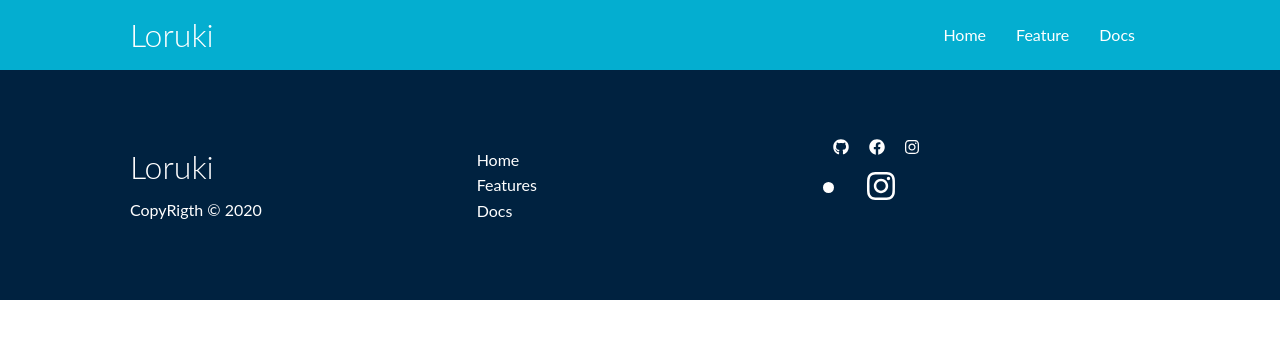
Repository: MosiurRrahman/loruki-app-reactjs
Page: /
The author's editor kept a copy of each file at every save. The page is drawn from the files as they stood at one save, then again after the next save.
The browser window is 1280 px wide. The pictures show the whole page.
The project was rebuilt for these pictures with package versions that can differ from the ones it lists, and the page was loaded fresh each time.

Above is the page before, as saved 2021-10-05 12:23:04.

After the next save:
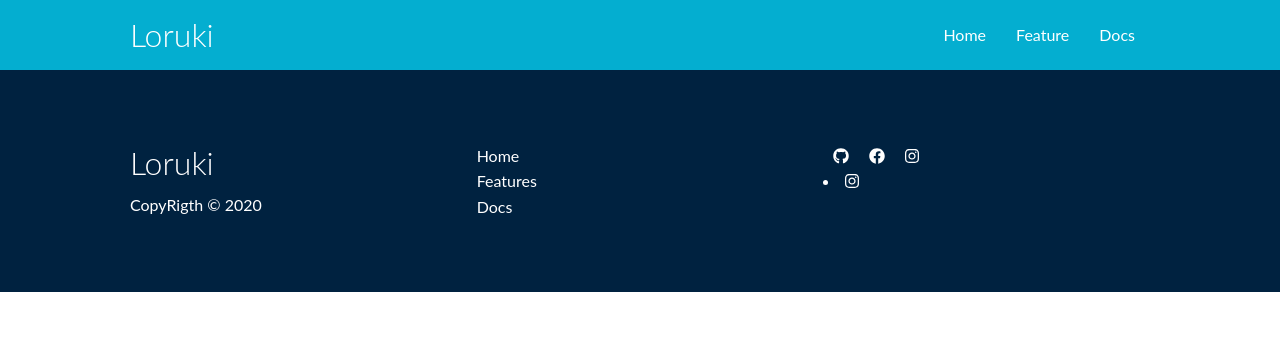
Saved 43 s later.
--- a/src/components/common/Footer.jsx
+++ b/src/components/common/Footer.jsx
@@ -40,7 +40,7 @@
                 <FontAwesomeIcon icon={faInstagram} />
               </a>
               <a href="#">
-                <li className="fab fa-linkedin fa-2x">
+                <li>
                   <FontAwesomeIcon icon={faInstagram} />
                 </li>
               </a>

After the 2 saves that followed:
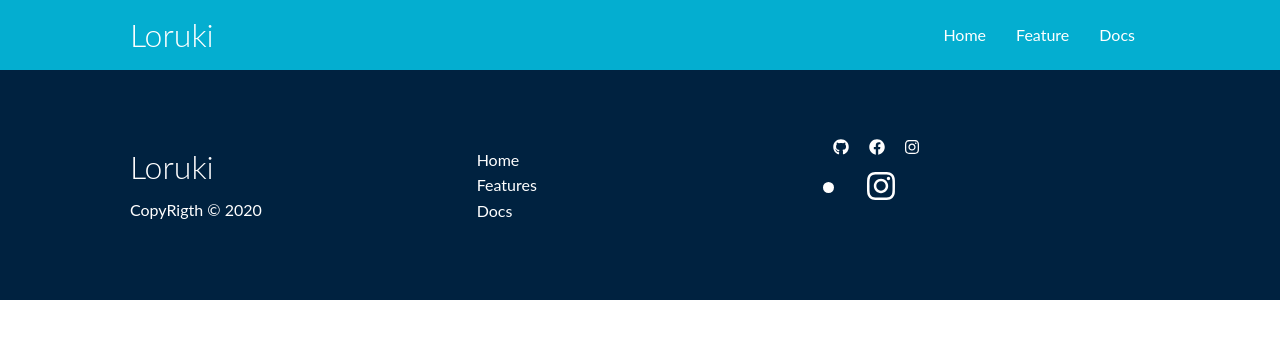
The 2 saves are shown as one change because 1 left the picture as it was.
The last was saved 37 s later.
--- a/src/components/common/Footer.jsx
+++ b/src/components/common/Footer.jsx
@@ -40,7 +40,7 @@
                 <FontAwesomeIcon icon={faInstagram} />
               </a>
               <a href="#">
-                <li>
+                <li className="fab fa-linkedin fa-2x">
                   <FontAwesomeIcon icon={faInstagram} />
                 </li>
               </a>
